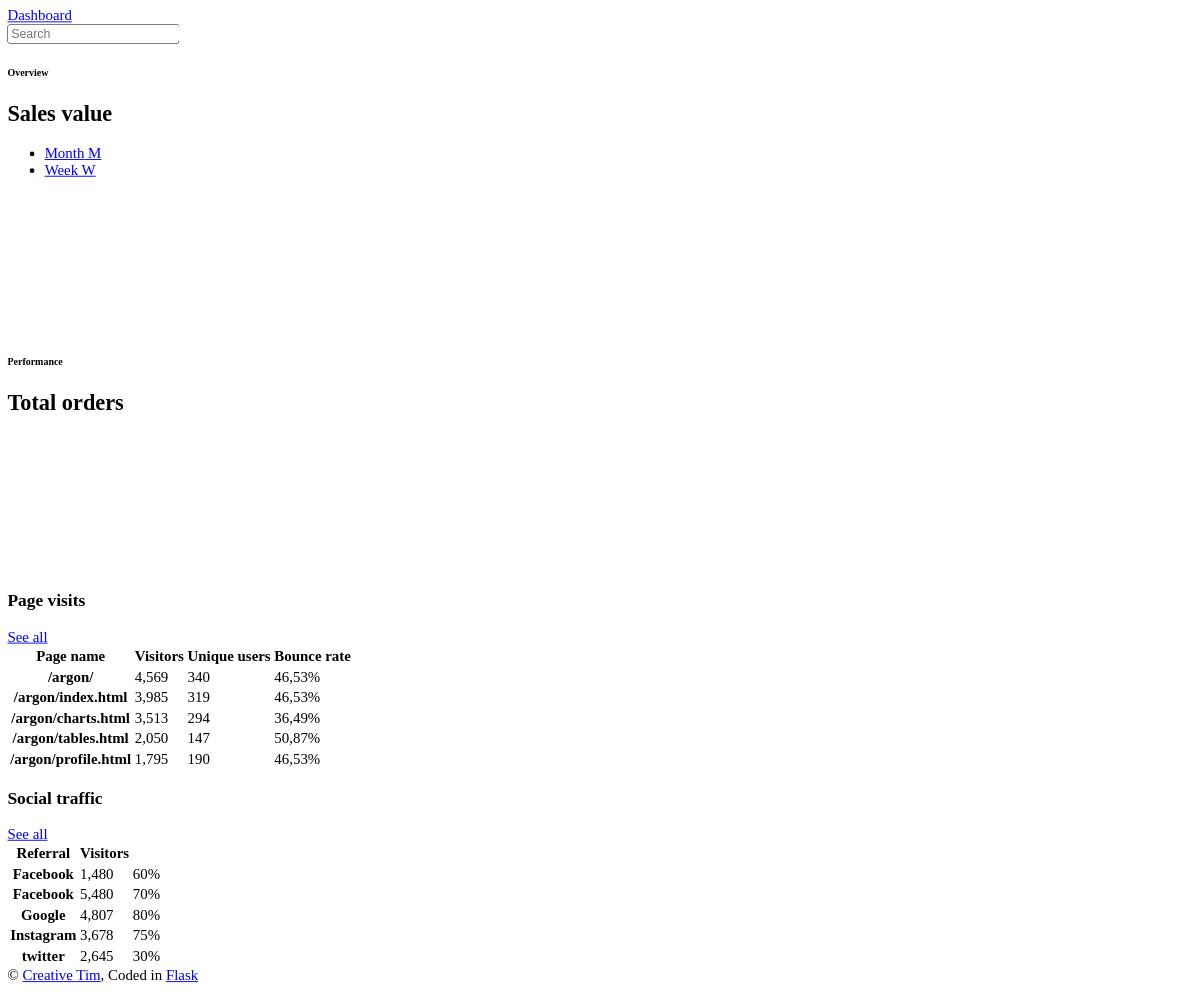
Repository: jasperDD/usedocker
Page: app/templates/pages/index.html
The author's editor kept a record of every edit. The page is drawn from the files as they stood at one moment, then again after the next edit.
The browser window is 1280 px wide. The pictures show the whole page, at 93% of full size.
The template is drawn by Flask 3. The application's start-up code is not run. Other server files are loaded and not shown. The template is opened directly, without the code that normally fills it, so the values that code supplies are empty.

Above is the page before.

### app/templates/pages/index.html
  <!-- Main content -->
  <div class="main-content">

    <!-- Top navbar -->
    <nav class="navbar navbar-top navbar-expand-md navbar-dark" id="navbar-main">
      <div class="container-fluid">
        <!-- Brand -->
        <a class="h4 mb-0 text-white text-uppercase d-none d-lg-inline-block" href="./index.html">Dashboard</a>
        <!-- Form -->
        <form class="navbar-search navbar-search-dark form-inline mr-3 d-none d-md-flex ml-lg-auto">
          <div class="form-group mb-0">
            <div class="input-group input-group-alternative">
              <div class="input-group-prepend">
                <span class="input-group-text"><i class="fas fa-search"></i></span>
              </div>
              <input class="form-control" placeholder="Search" type="text">
            </div>
          </div>
        </form>

      </div>
    </nav>

    <!-- Header -->
    {% include 'includes/top-stats.html' %}

    <!-- Page content -->
    <div class="container-fluid mt--7">
      <div class="row">
        <div class="col-xl-8 mb-5 mb-xl-0">
          <div class="card bg-gradient-default shadow">
            <div class="card-header bg-transparent">
              <div class="row align-items-center">
                <div class="col">
                  <h6 class="text-uppercase text-light ls-1 mb-1">Overview</h6>
                  <h2 class="text-white mb-0">Sales value</h2>
                </div>
                <div class="col">
                  <ul class="nav nav-pills justify-content-end">
                    <li class="nav-item mr-2 mr-md-0" data-toggle="chart" data-target="#chart-sales" data-update='{"data":{"datasets":[{"data":[0, 20, 10, 30, 15, 40, 20, 60, 60]}]}}' data-prefix="$" data-suffix="k">
                      <a href="#" class="nav-link py-2 px-3 active" data-toggle="tab">
                        <span class="d-none d-md-block">Month</span>
                        <span class="d-md-none">M</span>
                      </a>
                    </li>
                    <li class="nav-item" data-toggle="chart" data-target="#chart-sales" data-update='{"data":{"datasets":[{"data":[0, 20, 5, 25, 10, 30, 15, 40, 40]}]}}' data-prefix="$" data-suffix="k">
                      <a href="#" class="nav-link py-2 px-3" data-toggle="tab">
                        <span class="d-none d-md-block">Week</span>
                        <span class="d-md-none">W</span>
                      </a>
                    </li>
                  </ul>
                </div>
              </div>
            </div>
            <div class="card-body">
              <!-- Chart -->
              <div class="chart">
                <!-- Chart wrapper -->
                <canvas id="chart-sales" class="chart-canvas"></canvas>
              </div>
            </div>
          </div>
        </div>
        <div class="col-xl-4">
          <div class="card shadow">
            <div class="card-header bg-transparent">
              <div class="row align-items-center">
                <div class="col">
                  <h6 class="text-uppercase text-muted ls-1 mb-1">Performance</h6>
                  <h2 class="mb-0">Total orders</h2>
                </div>
              </div>
            </div>
            <div class="card-body">
              <!-- Chart -->
              <div class="chart">
                <canvas id="chart-orders" class="chart-canvas"></canvas>
              </div>
            </div>
          </div>
        </div>
      </div>
      <div class="row mt-5">
        <div class="col-xl-8 mb-5 mb-xl-0">
          <div class="card shadow">
            <div class="card-header border-0">
              <div class="row align-items-center">
                <div class="col">
                  <h3 class="mb-0">Page visits</h3>
                </div>
                <div class="col text-right">
                  <a href="#!" class="btn btn-sm btn-primary">See all</a>
                </div>
              </div>
            </div>
            <div class="table-responsive">
              <!-- Projects table -->
              <table class="table align-items-center table-flush">
                <thead class="thead-light">
                  <tr>
                    <th scope="col">Page name</th>
                    <th scope="col">Visitors</th>
                    <th scope="col">Unique users</th>
                    <th scope="col">Bounce rate</th>
                  </tr>
                </thead>
                <tbody>
                  <tr>
                    <th scope="row">
                      /argon/
                    </th>
                    <td>
                      4,569
                    </td>
                    <td>
                      340
                    </td>
                    <td>
                      <i class="fas fa-arrow-up text-success mr-3"></i> 46,53%
                    </td>
                  </tr>
                  <tr>
                    <th scope="row">
                      /argon/index.html
                    </th>
                    <td>
                      3,985
                    </td>
                    <td>
                      319
                    </td>
                    <td>
                      <i class="fas fa-arrow-down text-warning mr-3"></i> 46,53%
                    </td>
                  </tr>
                  <tr>
                    <th scope="row">
                      /argon/charts.html
                    </th>
                    <td>
                      3,513
                    </td>
                    <td>
                      294
                    </td>
                    <td>
                      <i class="fas fa-arrow-down text-warning mr-3"></i> 36,49%
                    </td>
                  </tr>
                  <tr>
                    <th scope="row">
                      /argon/tables.html
                    </th>
                    <td>
                      2,050
                    </td>
                    <td>
                      147
                    </td>
                    <td>
                      <i class="fas fa-arrow-up text-success mr-3"></i> 50,87%
                    </td>
                  </tr>
                  <tr>
                    <th scope="row">
                      /argon/profile.html
                    </th>
                    <td>
                      1,795
                    </td>
                    <td>
                      190
                    </td>
                    <td>
                      <i class="fas fa-arrow-down text-danger mr-3"></i> 46,53%
                    </td>
                  </tr>
                </tbody>
              </table>
            </div>
          </div>
        </div>
        <div class="col-xl-4">
          <div class="card shadow">
            <div class="card-header border-0">
              <div class="row align-items-center">
                <div class="col">
                  <h3 class="mb-0">Social traffic</h3>
                </div>
                <div class="col text-right">
                  <a href="#!" class="btn btn-sm btn-primary">See all</a>
                </div>
              </div>
            </div>
            <div class="table-responsive">
              <!-- Projects table -->
              <table class="table align-items-center table-flush">
                <thead class="thead-light">
                  <tr>
                    <th scope="col">Referral</th>
                    <th scope="col">Visitors</th>
                    <th scope="col"></th>
                  </tr>
                </thead>
                <tbody>
                  <tr>
                    <th scope="row">
                      Facebook
                    </th>
                    <td>
                      1,480
                    </td>
                    <td>
                      <div class="d-flex align-items-center">
                        <span class="mr-2">60%</span>
                        <div>
                          <div class="progress">
                            <div class="progress-bar bg-gradient-danger" role="progressbar" aria-valuenow="60" aria-valuemin="0" aria-valuemax="100" style="width: 60%;"></div>
                          </div>
                        </div>
                      </div>
                    </td>
                  </tr>
                  <tr>
                    <th scope="row">
                      Facebook
                    </th>
                    <td>
                      5,480
                    </td>
                    <td>
                      <div class="d-flex align-items-center">
                        <span class="mr-2">70%</span>
                        <div>
                          <div class="progress">
                            <div class="progress-bar bg-gradient-success" role="progressbar" aria-valuenow="70" aria-valuemin="0" aria-valuemax="100" style="width: 70%;"></div>
                          </div>
                        </div>
                      </div>
                    </td>
                  </tr>
                  <tr>
                    <th scope="row">
                      Google
                    </th>
                    <td>
                      4,807
                    </td>
                    <td>
                      <div class="d-flex align-items-center">
                        <span class="mr-2">80%</span>
                        <div>
                          <div class="progress">
                            <div class="progress-bar bg-gradient-primary" role="progressbar" aria-valuenow="80" aria-valuemin="0" aria-valuemax="100" style="width: 80%;"></div>
                          </div>
                        </div>
                      </div>
                    </td>
                  </tr>
                  <tr>
                    <th scope="row">
                      Instagram
                    </th>
                    <td>
                      3,678
                    </td>
                    <td>
                      <div class="d-flex align-items-center">
                        <span class="mr-2">75%</span>
                        <div>
                          <div class="progress">
                            <div class="progress-bar bg-gradient-info" role="progressbar" aria-valuenow="75" aria-valuemin="0" aria-valuemax="100" style="width: 75%;"></div>
                          </div>
                        </div>
                      </div>
                    </td>
                  </tr>
                  <tr>
                    <th scope="row">
                      twitter
                    </th>
                    <td>
                      2,645
                    </td>
                    <td>
                      <div class="d-flex align-items-center">
                        <span class="mr-2">30%</span>
                        <div>
                          <div class="progress">
                            <div class="progress-bar bg-gradient-warning" role="progressbar" aria-valuenow="30" aria-valuemin="0" aria-valuemax="100" style="width: 30%;"></div>
                          </div>
                        </div>
                      </div>
                    </td>
                  </tr>
                </tbody>
              </table>
            </div>
          </div>
        </div>
      </div>

      {% include 'includes/footer.html' %}

    </div>
  </div>

### app/templates/includes/top-stats.html

    <div class="header bg-gradient-primary pb-8 pt-5 pt-md-8">
      <div class="container-fluid">
        <!--<div class="header-body">-->
          <!-- Card stats -->
          <!--<div class="row">-->
          <!--  <div class="col-xl-3 col-lg-6">-->
          <!--    <div class="card card-stats mb-4 mb-xl-0">-->
          <!--      <div class="card-body">-->
          <!--        <div class="row">-->
          <!--          <div class="col">-->
          <!--            <h5 class="card-title text-uppercase text-muted mb-0">Traffic</h5>-->

          <!--            <span id="stats_traffic" class="h2 font-weight-bold mb-0">N/A</span>-->

          <!--          </div>-->
          <!--          <div class="col-auto">-->
          <!--            <div class="icon icon-shape bg-danger text-white rounded-circle shadow">-->
          <!--              <i class="fas fa-chart-bar"></i>-->
          <!--            </div>-->
          <!--          </div>-->
          <!--        </div>-->
          <!--        <p class="mt-3 mb-0 text-muted text-sm">-->
          <!--          <span class="text-success mr-2"><i class="fa fa-arrow-up"></i> 3.48%</span>-->
          <!--          <span class="text-nowrap">Since last month</span>-->
          <!--        </p>-->
          <!--      </div>-->
          <!--    </div>-->
          <!--  </div>-->
          <!--  <div class="col-xl-3 col-lg-6">-->
          <!--    <div class="card card-stats mb-4 mb-xl-0">-->
          <!--      <div class="card-body">-->
          <!--        <div class="row">-->
          <!--          <div class="col">-->
          <!--            <h5 class="card-title text-uppercase text-muted mb-0">New users</h5>-->

          <!--            <span id="stats_users" class="h2 font-weight-bold mb-0">N/A</span>-->

          <!--          </div>-->
          <!--          <div class="col-auto">-->
          <!--            <div class="icon icon-shape bg-warning text-white rounded-circle shadow">-->
          <!--              <i class="fas fa-chart-pie"></i>-->
          <!--            </div>-->
          <!--          </div>-->
          <!--        </div>-->
          <!--        <p class="mt-3 mb-0 text-muted text-sm">-->
          <!--          <span class="text-danger mr-2"><i class="fas fa-arrow-down"></i> 3.48%</span>-->
          <!--          <span class="text-nowrap">Since last week</span>-->
          <!--        </p>-->
          <!--      </div>-->
          <!--    </div>-->
          <!--  </div>-->
          <!--  <div class="col-xl-3 col-lg-6">-->
          <!--    <div class="card card-stats mb-4 mb-xl-0">-->
          <!--      <div class="card-body">-->
          <!--        <div class="row">-->
          <!--          <div class="col">-->
          <!--            <h5 class="card-title text-uppercase text-muted mb-0">Sales</h5>-->

          <!--            <span id="stats_sales" class="h2 font-weight-bold mb-0">N/A</span>-->

          <!--          </div>-->
          <!--          <div class="col-auto">-->
          <!--            <div class="icon icon-shape bg-yellow text-white rounded-circle shadow">-->
          <!--              <i class="fas fa-users"></i>-->
          <!--            </div>-->
          <!--          </div>-->
          <!--        </div>-->
          <!--        <p class="mt-3 mb-0 text-muted text-sm">-->
          <!--          <span class="text-warning mr-2"><i class="fas fa-arrow-down"></i> 1.10%</span>-->
          <!--          <span class="text-nowrap">Since yesterday</span>-->
          <!--        </p>-->
          <!--      </div>-->
          <!--    </div>-->
          <!--  </div>-->
          <!--  <div class="col-xl-3 col-lg-6">-->
          <!--    <div class="card card-stats mb-4 mb-xl-0">-->
          <!--      <div class="card-body">-->
          <!--        <div class="row">-->
          <!--          <div class="col">-->
          <!--            <h5 class="card-title text-uppercase text-muted mb-0">Performance</h5>-->

          <!--            <span id="stats_perf" class="h2 font-weight-bold mb-0">N/A</span>-->

          <!--          </div>-->
          <!--          <div class="col-auto">-->
          <!--            <div class="icon icon-shape bg-info text-white rounded-circle shadow">-->
          <!--              <i class="fas fa-percent"></i>-->
          <!--            </div>-->
          <!--          </div>-->
          <!--        </div>-->
          <!--        <p class="mt-3 mb-0 text-muted text-sm">-->
          <!--          <span class="text-success mr-2"><i class="fas fa-arrow-up"></i> 12%</span>-->
          <!--          <span class="text-nowrap">Since last month</span>-->
          <!--        </p>-->
          <!--      </div>-->
          <!--    </div>-->
          <!--  </div>-->
          <!--</div>-->
        <!--</div>-->
      </div>
    </div>

### app/templates/includes/footer.html

      <!-- Footer -->
      <footer class="footer">
        <div class="row align-items-center justify-content-xl-between">
          <div class="col-xl-6">
            <div class="copyright text-center text-xl-left text-muted">
              &copy; <a href="https://www.creative-tim.com/product/argon-dashboard" class="font-weight-bold ml-1" >Creative Tim</a>,
                Coded in <a href="http://flask.pocoo.org/">Flask</a>
            </div>
          </div>
          <div class="col-xl-6">
            <ul class="nav nav-footer justify-content-center justify-content-xl-end">


            </ul>
          </div>
        </div>
      </footer>

After the next edit:
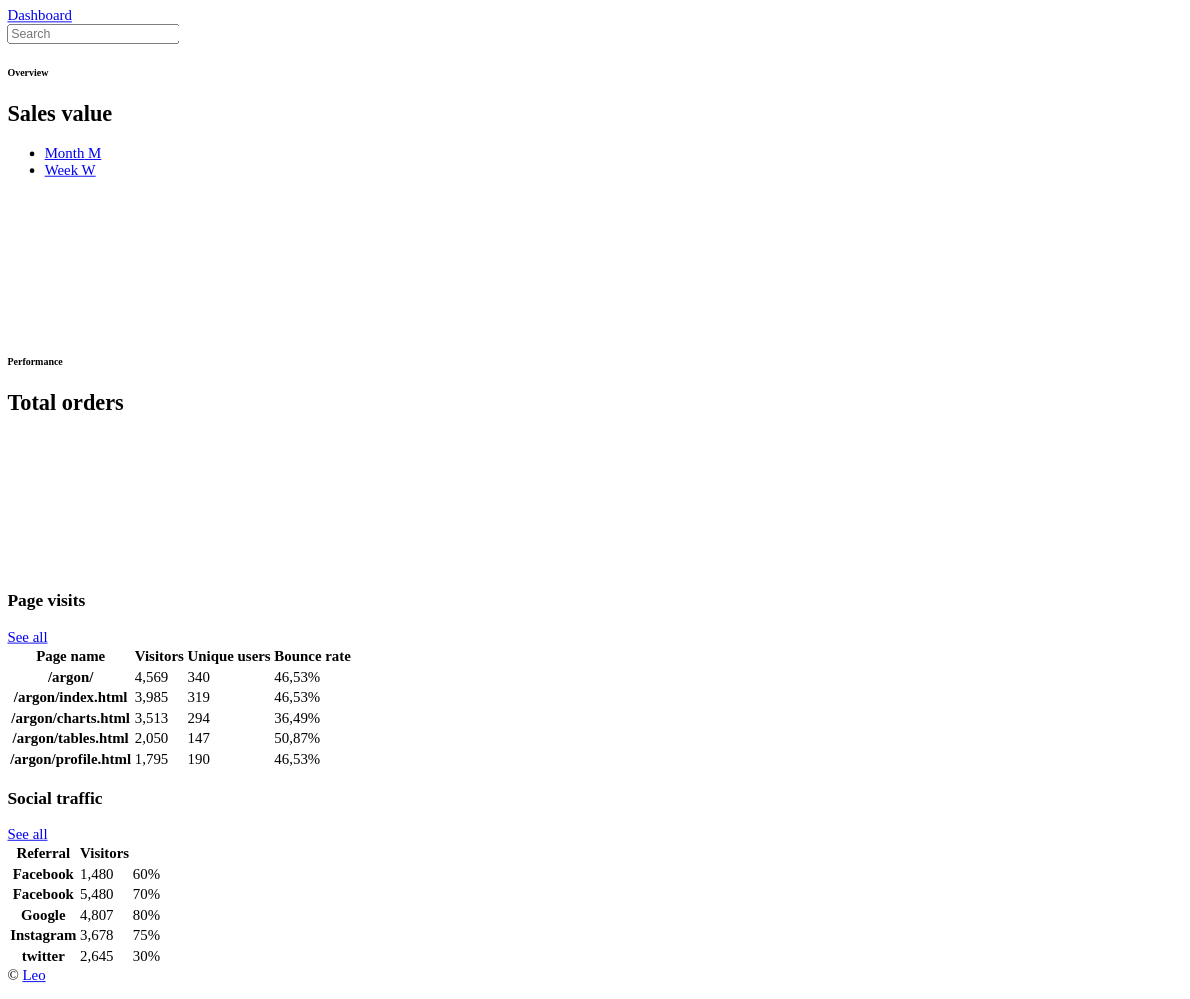
The edit:
--- a/app/templates/includes/footer.html
+++ b/app/templates/includes/footer.html
@@ -4,8 +4,7 @@
         <div class="row align-items-center justify-content-xl-between">
           <div class="col-xl-6">
             <div class="copyright text-center text-xl-left text-muted">
-              &copy; <a href="https://www.creative-tim.com/product/argon-dashboard" class="font-weight-bold ml-1" >Creative Tim</a>,
-                Coded in <a href="http://flask.pocoo.org/">Flask</a>
+              &copy; <a href="mailto:warchiefmarkus@gmail.com" class="font-weight-bold ml-1" >Leo</a>
             </div>
           </div>
           <div class="col-xl-6">
